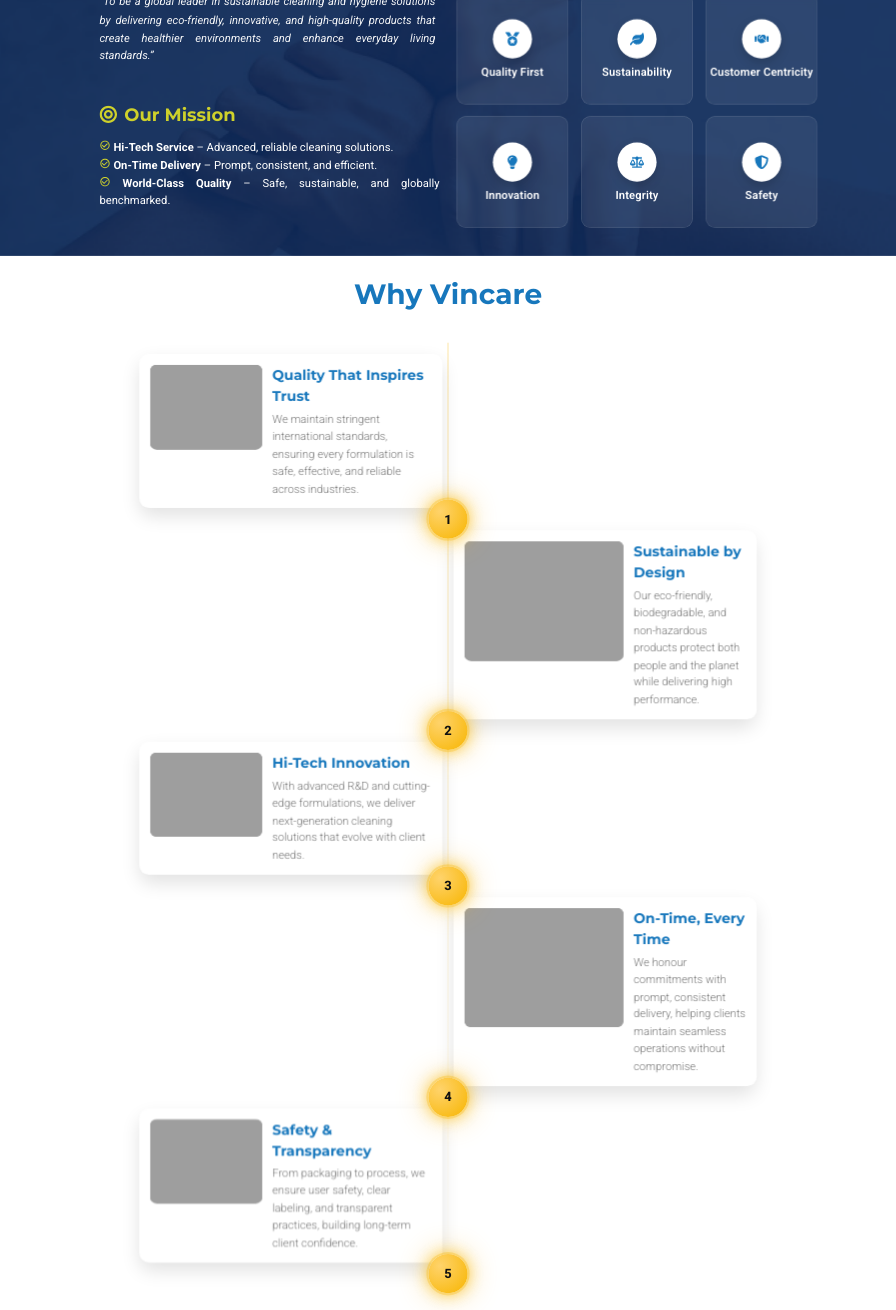
Repository: Yeshwanth-189/vincare
Page: / (app in vincare-frontend/)
The author's editor kept a copy of each file at every save. The page is drawn from the files as they stood at one save, then again after the next save.
The browser window is 1280 px wide. The pictures show the part of the page from y = 2112 to 4032 px (the page is 3983 px tall before and 4032 px after), at 70% of full size.
Pictures or frames that could not be fetched are drawn as grey boxes. The project was rebuilt for these pictures with package versions that can differ from the ones it lists, and the page was loaded fresh each time. Also part of the build but not shown: vincare-frontend/vite.config.js.

Above is the page before, as saved 2025-09-20 19:56:57.

After the next save:
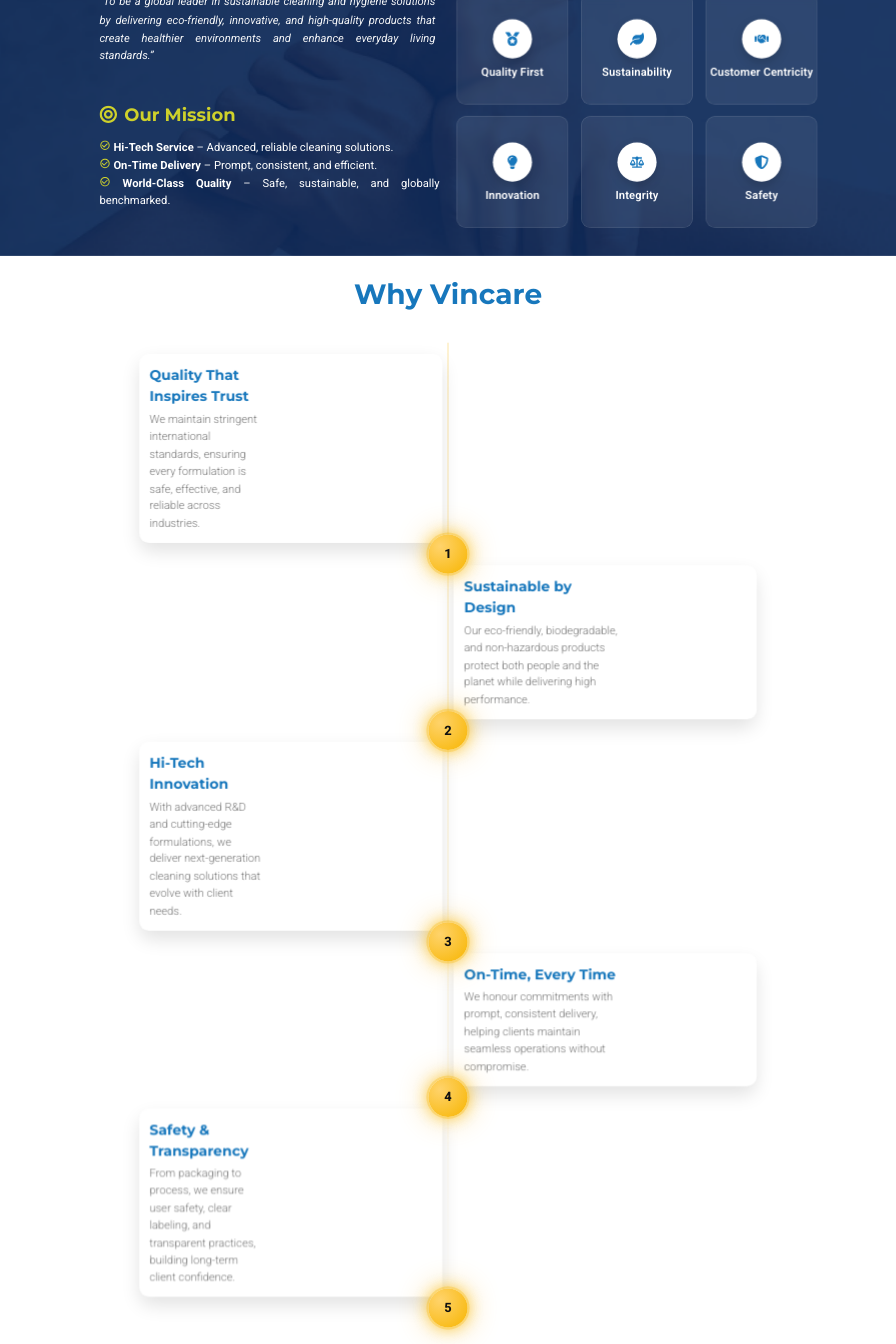
Saved 7 min 49 s later.
--- a/vincare-frontend/src/components/WhyVincare.jsx
+++ b/vincare-frontend/src/components/WhyVincare.jsx
@@ -71,9 +71,6 @@
                 <article
                   className={`why__card ${isLeft ? "" : "why__card--reverse"}`}
                 >
-                  <div className="why__media">
-                    <img src={it.img} alt={it.title} loading="lazy" />
-                  </div>
                   <div className="why__content">
                     <h3>{it.title}</h3>
                     <p>{it.text}</p>
